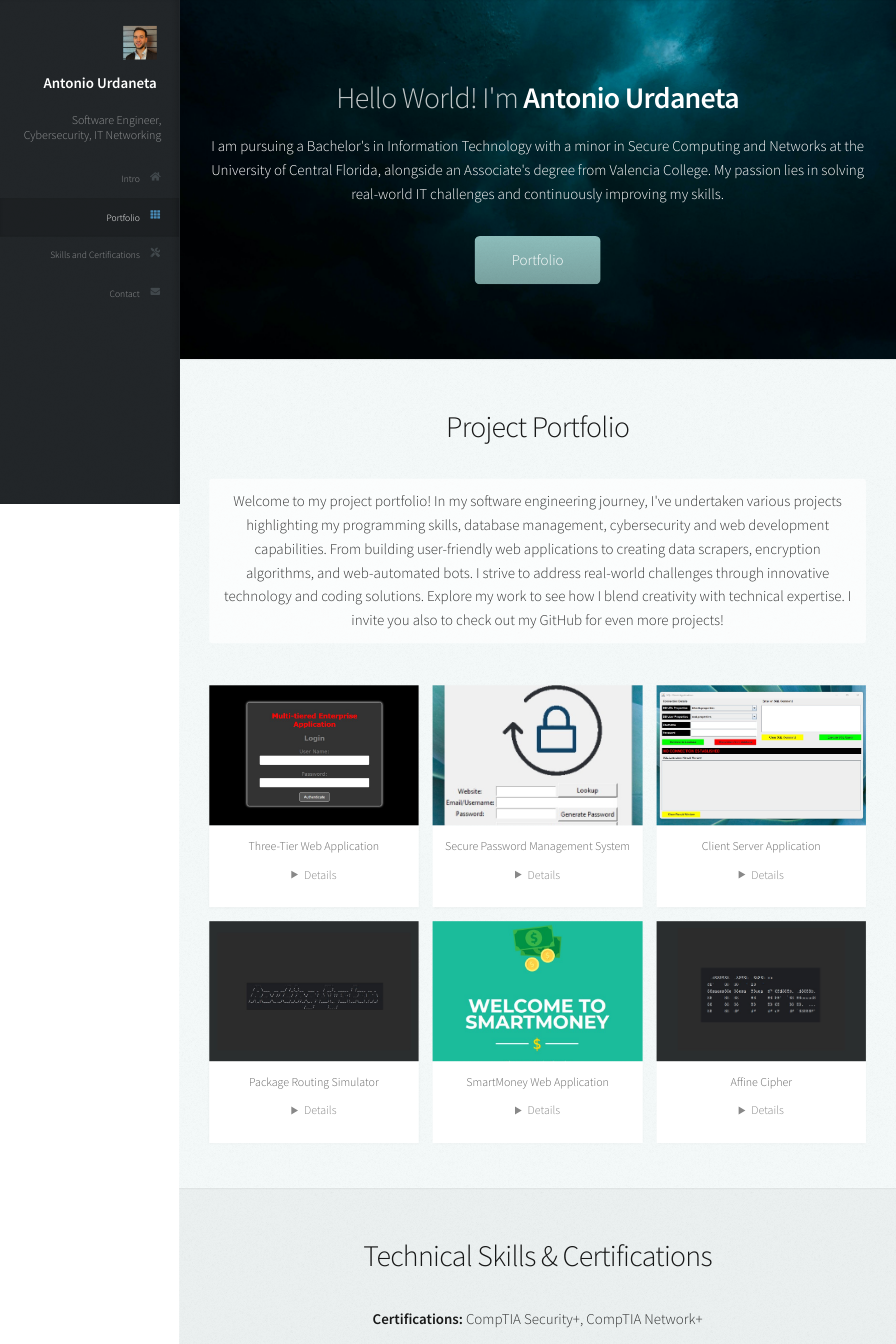
Repository: aaurdanet/Portfolio
Page: index.html
The author's editor kept a copy of each file at every save. The page is drawn from the files as they stood at one save, then again after the next save.
The browser window is 1280 px wide. The pictures show the part of the page from y = 0 to 1920 px (the page is 2630 px tall), at 70% of full size.

Above is the page before, as saved 2024-10-27 14:13:49.

### index.html
<!DOCTYPE HTML>
<html>
	<head>
		<title>Antonio Urdaneta Portfolio</title>
		<meta charset="utf-8" />
		<meta name="viewport" content="width=device-width, initial-scale=1, user-scalable=no" />
		<link rel="stylesheet" href="static/assets/css/main.css" />
		<link rel="icon" href="static/assets/css/images/aulogo.jpg">
	</head>
	<body class="is-preload">

		<!-- Header -->
			<div id="header">

				<div class="top">

					<!-- Logo -->
						<div id="logo">
							<span class="image avatar48"><img src="static/images/avatar.jpg" alt="" /></span>
							<h1 id="title">Antonio Urdaneta</h1>

						</div>
						<div id ="description">
							<p>Software Engineer, Cybersecurity, IT Networking<br> </p>
						</div>

					<!-- Nav -->
						<nav id="nav">
							<ul>
								<li><a href="#top" id="top-link"><span class="icon solid fa-home">Intro</span></a></li>
								<li><a href="#portfolio" id="portfolio-link"><span class="icon solid fa-th">Portfolio</span></a></li>
								<li><a href="#skills" id="Skills-link"><span class="icon solid fa-tools">Skills and Certifications</span></a></li>
								<li><a href="#contact" id="contact-link"><span class="icon solid fa-envelope">Contact</span></a></li>
							</ul>
						</nav>

				</div>

			</div>

		<!-- Main -->
			<div id="main">

				<!-- Intro -->
					<section id="top" class="one dark cover">
						<div class="container">

							<header>
								<h2 class="alt">Hello World! I'm<strong> Antonio Urdaneta</strong></h2>
								<p style="color: white;">I am pursuing a Bachelor's in Information Technology with a minor in Secure Computing and Networks at the University of Central Florida,
									alongside an Associate's degree from Valencia College. My passion lies in solving real-world IT challenges and continuously improving my skills.
									</p>
							</header>

							<footer>
								<a href="#portfolio" class="button scrolly">Portfolio</a>
							</footer>

						</div>
					</section>


										<!-- Portfolio Section -->
						<section id="portfolio" class="two">
							<div class="container">

								<header>
									<h2>Project Portfolio</h2>
								</header>

								<p id="Portfolio_description">Welcome to my project portfolio! In my software engineering journey,
									I've undertaken various projects highlighting my programming skills, database management, cybersecurity and web development capabilities.
									From building user-friendly web applications to creating data scrapers, encryption algorithms, and web-automated bots. I strive to address real-world challenges through
									innovative technology and coding solutions. Explore my work to see how I blend creativity with technical expertise. I invite you also to check out my GitHub for even more projects!</p>

								<div class="row">
									<div class="col-4 col-12-mobile">
										<article class="item">
											<a href="#" class="image fit" data-sub-images='["static/images/THREE-TIER.jpg", "static/images/THREE-TIER1.jpg", "static/images/THREE-TIER2.jpg", "static/images/THREE-TIER3.jpg", "static/images/THREE-TIER4.jpg", "static/images/THREE-TIER5.jpg"]' >
												<img src="static/images/THREE-TIER.jpg" alt="MYSQL THREE-TIER WEBAPP images" style="width: 100%; height: 200px; object-fit: cover;" />
											</a>
											<header>
												<h3 class="project-title">Three-Tier Web Application</h3>
												<details style="margin: 10px;">
													<summary style="transition: all 0.3s ease; cursor: pointer; box-shadow: 0 0 0 rgba(0,0,0,0); transition: box-shadow 0.3s ease-in-out;" onmouseover="this.style.boxShadow='0 5px 15px rgba(0,0,0,0.3)';" onmouseout="this.style.boxShadow='0 0 0 rgba(0,0,0,0)';">Details</summary>
													<p style="text-align: left; margin: 10px;"><strong>Description:</strong> This Project showcases various techniques in building distributed web-based applications. The application uses Java Servlets and JSP technology, running on a Tomcat server, to access and maintain a persistent SQL Server Management Studio database via JDBC.</p>
													<p style="text-align: left; margin: 10px;"><strong>Tech Stack:</strong> SSMS, SQL, Java, JavaScript, jquery, HTML, CSS, Jakarta EE, XML, Apache Tomcat Server</p>
												</details>
											</header>
										</article>
										<article class="item">
											<a href="#" class="image fit" data-sub-images='["static/images/Routing1.jpg", "static/images/Routing2.jpg", "static/images/Routing3.jpg", "static/images/Routing4.jpg", "static/images/Routing5.jpg"]' >
												<img src="static/images/Routing.jpg" alt="Package Routing Simulator images" style="width: 100%; height: 200px; object-fit: cover;" />
											</a>
											<header>
												<h3 class="project-title">Package Routing Simulator</h3>
												<details style="margin: 10px;">
													<summary style="transition: all 0.3s ease; cursor: pointer; box-shadow: 0 0 0 rgba(0,0,0,0); transition: box-shadow 0.3s ease-in-out;" onmouseover="this.style.boxShadow='0 5px 15px rgba(0,0,0,0.3)';" onmouseout="this.style.boxShadow='0 0 0 rgba(0,0,0,0)';">Details</summary>
													<p style="text-align: left; margin: 10px;"><strong>Description:</strong> This project simulates an automated package routing system using multi-threaded Java programming, focusing on efficiently managing and synchronizing threads across stations and conveyors with optimized algorithms.</p>
													<p style="text-align: left; margin: 10px;"><strong>Tech Stack:</strong> Java (Multithreading, Concurrency, J2SE, J2EE)</p>
												</details>
											</header>
										</article>
									</div>
									<div class="col-4 col-12-mobile">
										<article class="item">
											<a href="#" class="image fit" data-sub-images='["static/images/Password.jpg", "static/images/Password1.jpg", "static/images/Password2.jpg", "static/images/Password3.jpg"]' data-description="Technologies used: Python, SQLite, Tkinter">
												<img src="static/images/Password.jpg" alt="Secure Password Management System images" style="width: 100%; height: 200px; object-fit: cover;" />
											</a>
											<header>
												<h3 class="project-title">Secure Password Management System</h3>
												<details style="margin: 10px;">
													<summary style="transition: all 0.3s ease; cursor: pointer; box-shadow: 0 0 0 rgba(0,0,0,0); transition: box-shadow 0.3s ease-in-out;" onmouseover="this.style.boxShadow='0 5px 15px rgba(0,0,0,0.3)';" onmouseout="this.style.boxShadow='0 0 0 rgba(0,0,0,0)';">Details</summary>
													<p style="text-align: left; margin: 10px;"><strong>Description:</strong> Developed a password manager adhering to NIST standards, with secure JSON storage for credentials and URL-based retrieval for enhanced security and usability.</p>
													<p style="text-align: left; margin: 10px;"><strong>Tech Stack:</strong> Python, Tkinter, JSON</p>
												</details>
											</header>
										</article>
										<article class="item">
											<a href="#" class="image fit" data-sub-images='["static/images/Money1.jpg", "static/images/Money2.jpg", "static/images/Money33.jpg", "static/images/Money3.jpg", "static/images/Money4.jpg", "static/images/Money5.jpg", "static/images/Money6.jpg", "static/images/Money7.jpg", "static/images/Money8.jpg", "static/images/Money9.jpg", "static/images/Money10.jpg", "static/images/Money11.jpg", "static/images/Money12.jpg"]'>
												<img src="static/images/Money.jpg" alt="Financial Management Web Application images" style="width: 100%; height: 200px; object-fit: cover;" />
											</a>
											<header>
												<h3 class="project-title">SmartMoney Web Application</h3>
												<details style="margin: 10px;">
													<summary style="transition: all 0.3s ease; cursor: pointer; box-shadow: 0 0 0 rgba(0,0,0,0); transition: box-shadow 0.3s ease-in-out;" onmouseover="this.style.boxShadow='0 5px 15px rgba(0,0,0,0.3)';" onmouseout="this.style.boxShadow='0 0 0 rgba(0,0,0,0)';">Details</summary>
													<p style="text-align: left; margin: 10px;"><strong>Description:</strong> A comprehensive web application for managing personal finances, including budgeting, expense tracking, and goal setting. It features tools for interest savings, loan payments, and personalized budgeting based on user feedback. The app also integrates an AI assistant and a finance glossary to enhance user understanding, ensuring a seamless financial management experience.
														 <a href="https://www.youtube.com/watch?v=6dP4LYqnzZg&t=7s">View the final prototype here</a>.</p>
													<p style="text-align: left; margin: 10px;"><strong>Tech Stack:</strong> HTML, CSS, JavaScript, OpenAI API (ChatGPT)</p>
												</details>
											</header>
										</article>
									</div>
									<div class="col-4 col-12-mobile">
										<article class="item">
											<a href="#" class="image fit" data-sub-images='["static/images/TWO-TIER.jpg", "static/images/TWO-TIER1.jpg", "static/images/TWO-TIER2.jpg", "static/images/TWO-TIER3.jpg", "static/images/TWO-TIER4.jpg", "static/images/TWO-TIER5.jpg", "static/images/TWO-TIER6.jpg"]' data-description="Technologies used: Java, SQL, JDBC">
												<img src="static/images/TWO-TIER.jpg" alt="Two-Tier Database Application images" style="width: 100%; height: 200px; object-fit: cover;" />
											</a>
											<header>
												<h3 class="project-title">Client Server Application</h3>
												<details style="margin: 10px;">
													<summary style="transition: all 0.3s ease; cursor: pointer; box-shadow: 0 0 0 rgba(0,0,0,0); transition: box-shadow 0.3s ease-in-out;" onmouseover="this.style.boxShadow='0 5px 15px rgba(0,0,0,0.3)';" onmouseout="this.style.boxShadow='0 0 0 rgba(0,0,0,0)';">Details</summary>
													<p style="text-align: left; margin: 10px;"><strong>Description:</strong> An intuitive Java application that enables secure execution of SQL commands on MySQL databases via JDBC. It supports role-based access control and efficient query management for streamlined database operations.
														 Additionally, it includes a specialized application for accountants that logs transaction data for each user in a separate database.</p>
													<p style="text-align: left; margin: 10px;"><strong>Tech Stack:</strong> Java, SQL, JDBC</p>
												</details>
											</header>
										</article>
										<article class="item">
											<a href="#" class="image fit" data-sub-images='["static/images/Affine1.jpg", "static/images/Affine2.jpg", "static/images/Affine3.jpg"]' data-description="Technologies used: Python, Cryptography">
												<img src="static/images/Affine.jpg" alt="Affine Cipher Encryptor & Decryptor images" style="width: 100%; height: 200px; object-fit: cover;" />
											</a>
											<header>
												<h3 class="project-title">Affine Cipher </h3>
												<details style="margin: 10px;">
													<summary style="transition: all 0.3s ease; cursor: pointer; box-shadow: 0 0 0 rgba(0,0,0,0); transition: box-shadow 0.3s ease-in-out;" onmouseover="this.style.boxShadow='0 5px 15px rgba(0,0,0,0.3)';" onmouseout="this.style.boxShadow='0 0 0 rgba(0,0,0,0)';">Details</summary>
													<p style="text-align: left; margin: 10px;"><strong>Description:</strong> This Python script implements an Affine Cipher, a type of substitution cipher that uses a mathematical function to encrypt and decrypt text. The script also includes a brute-force method to decode ciphertext when the keys are unknown.</p>
													<p style="text-align: left; margin: 10px;"><strong>Tech Stack:</strong> Python</p>
												</details>
											</header>
										</article>
									</div>
								</div>
							</div>
						</section>

				<!-- Skills -->
				<section id="skills" class="three">
					<div class="container">
						<header>
							<h2>Technical Skills & Certifications</h2>
						</header>
						<p><strong>Certifications:</strong> CompTIA Security+, CompTIA Network+</p>
						<p><strong>Programming:</strong> Python, Java, C++, C, C#, MySQL Server, SSMS, PostgreSQL, JavaScript, HTML, CSS, Assembly</p>
						<p><strong>Technologies:</strong> Selenium, Pandas, Flask, Jinja, Django, RESTful API, NumPy, BeautifulSoup, BootStrap, JSP, XML, JSON, GitHub, Git, Android Studio, Linux, VMs, Active Directory, Microsoft Office</p>
						<p><strong>Coursework:</strong> Advanced Java Programming, Databases Management, Data Structures and Algorithms, Computer Science, C programming, Enterprise Computing, Web Development, UX\UI design, System Administration, Secure Operating Systems, Network Security and Privacy, Cyber Defense Analysis, Cryptography and Information Security</p>
						<p><strong>Languages:</strong> English (Fluent), Spanish (Native)</p>
					</div>
				</section>


				<!-- Contact -->

					<section id="contact" class="four">
						<div class="container">
							<div class="bottom">
							<ul class="icons">
								<li><a href="tel:+17737079720" class="icon solid fa-phone"><span class="label">Twitter</span></a></li>
								<li><a href="https://github.com/aaurdanet" class="icon brands fa-github"><span class="label">Github</span></a></li>
								<li><a href="https://www.linkedin.com/in/antoniourdaneta/" class="icon brands fa-linkedin"><span class="label">Dribbble</span></a></li>
								<li><a href="mailto:antonioaurdanet@gmail.com" class="icon solid fa-envelope"><span class="label">Email</span></a></li>
							</ul>
						</div>

			</div>

<!-- Lightbox Container -->
<div id="lightbox" class="lightbox">
    <button id="prev" class="lightbox-nav">&lt;</button>
    <img id="lightbox-img" src="" alt="Enlarged Image" />
    <button id="next" class="lightbox-nav">&gt;</button>
</div>

<!-- Footer -->


<!-- Scripts -->
<script src="static/assets/js/jquery.min.js"></script>
<script src="static/assets/js/jquery.scrolly.min.js"></script>
<script src="static/assets/js/jquery.scrollex.min.js"></script>
<script src="static/assets/js/browser.min.js"></script>
<script src="static/assets/js/breakpoints.min.js"></script>
<script src="static/assets/js/util.js"></script>
<script src="static/assets/js/main.js"></script>
<script src="static/assets/js/imgs.js"></script>


<!-- Lightbox Structure -->
<div id="lightbox" style="display:none;">
    <img id="lightbox-img" src="" alt=""/>
    <div id="lightbox-description"></div>
    <button id="prev">Prev</button>
    <button id="next">Next</button>
</div>


</script>
</body>
</html>

Loaded but not shown: static/assets/css/fontawesome-all.min.css (library); static/assets/js/jquery.min.js (library); static/assets/js/jquery.scrolly.min.js (common file); static/assets/js/jquery.scrollex.min.js (common file); static/assets/js/browser.min.js (common file); static/assets/js/breakpoints.min.js (common file); static/assets/js/util.js (587 lines, source omitted); static/assets/js/main.js (123 lines, source omitted); static/assets/js/imgs.js (45 lines, source omitted); static/assets/css/main.css (2769 lines, source omitted)

After the next save:
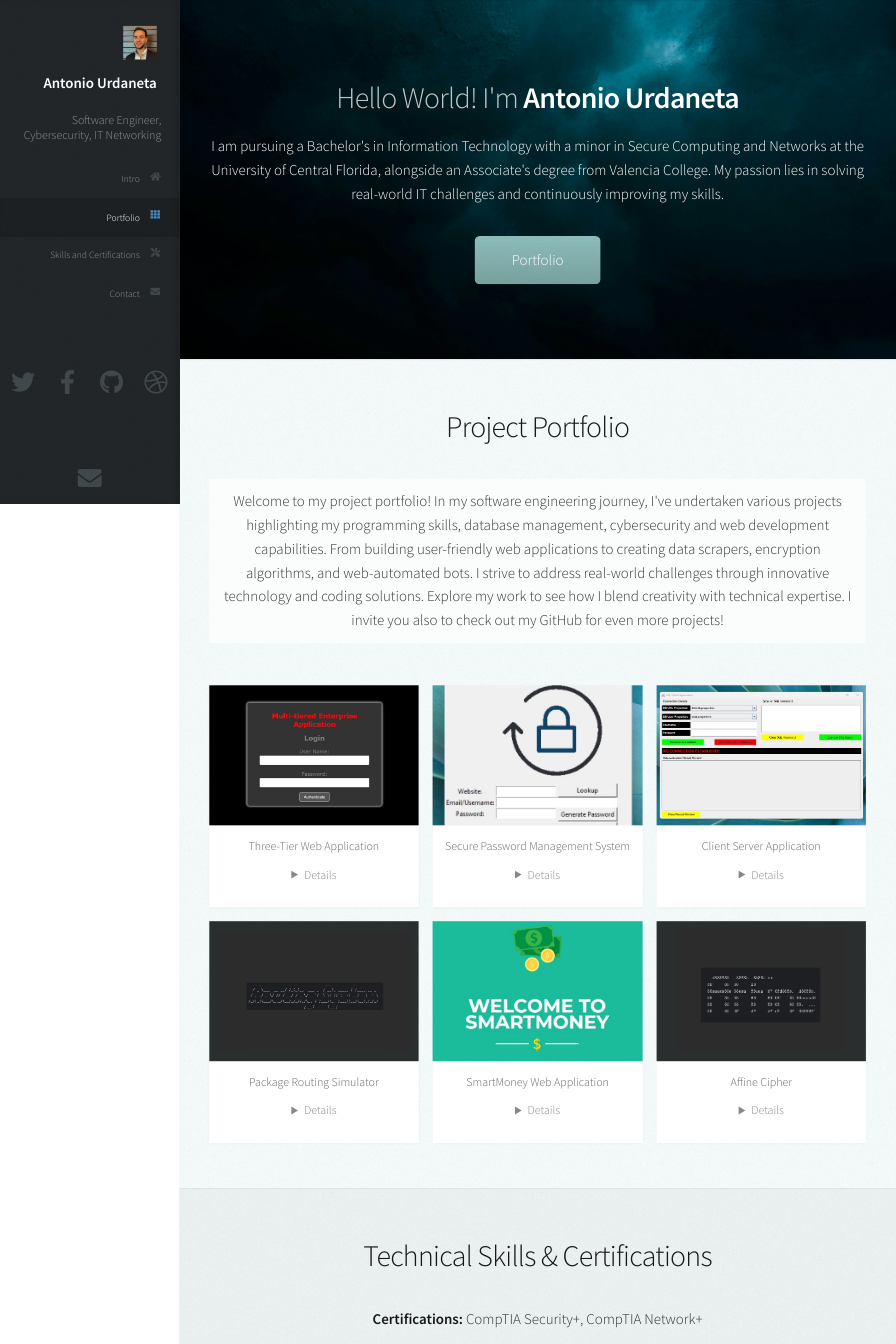
Saved 5 min 13 s later.
--- a/index.html
+++ b/index.html
@@ -33,6 +33,18 @@
 								<li><a href="#contact" id="contact-link"><span class="icon solid fa-envelope">Contact</span></a></li>
 							</ul>
 						</nav>
+
+				</div>
+				<div class="bottom">
+
+					<!-- Social Icons -->
+						<ul class="icons">
+							<li><a href="#" class="icon brands fa-twitter"><span class="label">Twitter</span></a></li>
+							<li><a href="#" class="icon brands fa-facebook-f"><span class="label">Facebook</span></a></li>
+							<li><a href="#" class="icon brands fa-github"><span class="label">Github</span></a></li>
+							<li><a href="#" class="icon brands fa-dribbble"><span class="label">Dribbble</span></a></li>
+							<li><a href="#" class="icon solid fa-envelope"><span class="label">Email</span></a></li>
+						</ul>
 
 				</div>
 
